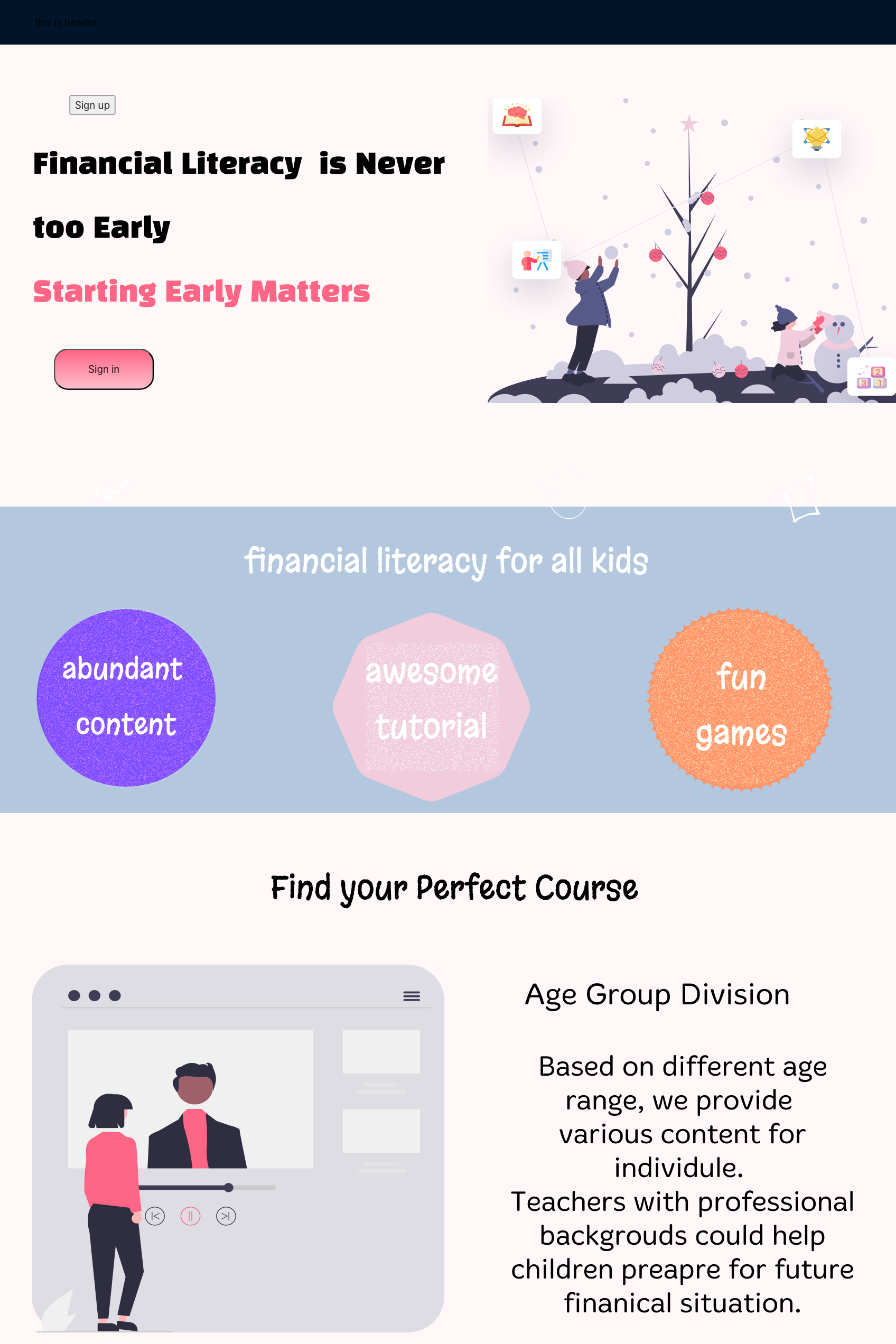
Repository: Zoe-XJ-Zhang/Goldilocks
Page: /
These files come from the project's save history. The page is drawn as it stood at one moment and after the next save; the edit follows.
The browser window is 1280 px wide. The pictures show the part of the page from y = 0 to 1920 px (the page is 2775 px tall), at 70% of full size.
The project was rebuilt for these pictures with package versions that can differ from the ones it lists, and the page was loaded fresh each time. Also part of the build but not shown: src/page/roadmapPage/roadmapPage.js, src/page/aboutPage/aboutPage.js.

Above is the page before, as saved 2022-08-31 17:05:03.

### public/index.html
<!DOCTYPE html>
<html lang="en">
  <head>
    <meta charset="utf-8" />
    <link rel="icon" href="./logo.jpg" />
    <meta name="viewport" content="width=device-width, initial-scale=1" />
    <meta name="theme-color" content="#000000" />
    <meta
      name="description"
      content="Web site created using create-react-app"
    />
    <title>Goldilocks</title>
  </head>
  <body>
    <noscript>You need to enable JavaScript to run this app.</noscript>
    <div id="root"></div>
  </body>
</html>

### src/App.js
import "./App.css";
import { Layout } from "antd";
import { Route, Routes } from "react-router-dom";
import HomePage from "./page/homePage/homePage";
import RoadmapPage from "./page/roadmapPage/roadmapPage";
import AboutPage from "./page/aboutPage/aboutPage";

const { Header, Footer, Content } = Layout;

function App() {
  return (
    <div className="App">
      <Header>this is header</Header>
      <Content>
        <Routes>
          <Route path="/*" element={<HomePage />}></Route>
          <Route path="/home" element={<HomePage />}></Route>
          <Route path="/roadmap" element={<RoadmapPage />}></Route>
          <Route path="/aboutus" element={<AboutPage />}></Route>
        </Routes>
      </Content>
      <Footer style={{
            textAlign: 'center',
            fontSize:'20px',
          }}>HSBC @2022 Godilocks</Footer>
    </div>
  );
}

export default App;

### src/page/homePage/homePage.js
import React from 'react';
import './homePage.css';

import homepage from '../../images/home_page.png'
const HomePage = () => {
    return (<div className='homepage'>
        <button className='signin'>Sign in</button><button className='signup'>Sign up</button>
        {/* <Image src={homepage}  alt="asd" title="QW"></Image> */}
        <img src={homepage} alt="" />
    </div>);

};

export default HomePage;

### src/page/homePage/homePage.css
img {
  width: 100%;
  height: 100%;
  object-fit: contain;
}
.signin {
  width: 143px;
  height: 59px;
  left: 77px;
  top: 498px;

  background: linear-gradient(
    180deg,
    #ff6584 0%,
    rgba(255, 83, 118, 0.35) 100%
  );
  border-radius: 20px;
  border-color: none;
  position: absolute;

  z-index: 2;
}
.signup {
  position: absolute;

  z-index: 2;

  margin: 72px 0px 0px 99px;
}

Loaded but not shown: src/index.js (common file); src/index.css (common file); src/reportWebVitals.js (common file); src/App.css (common file)

After the next save:
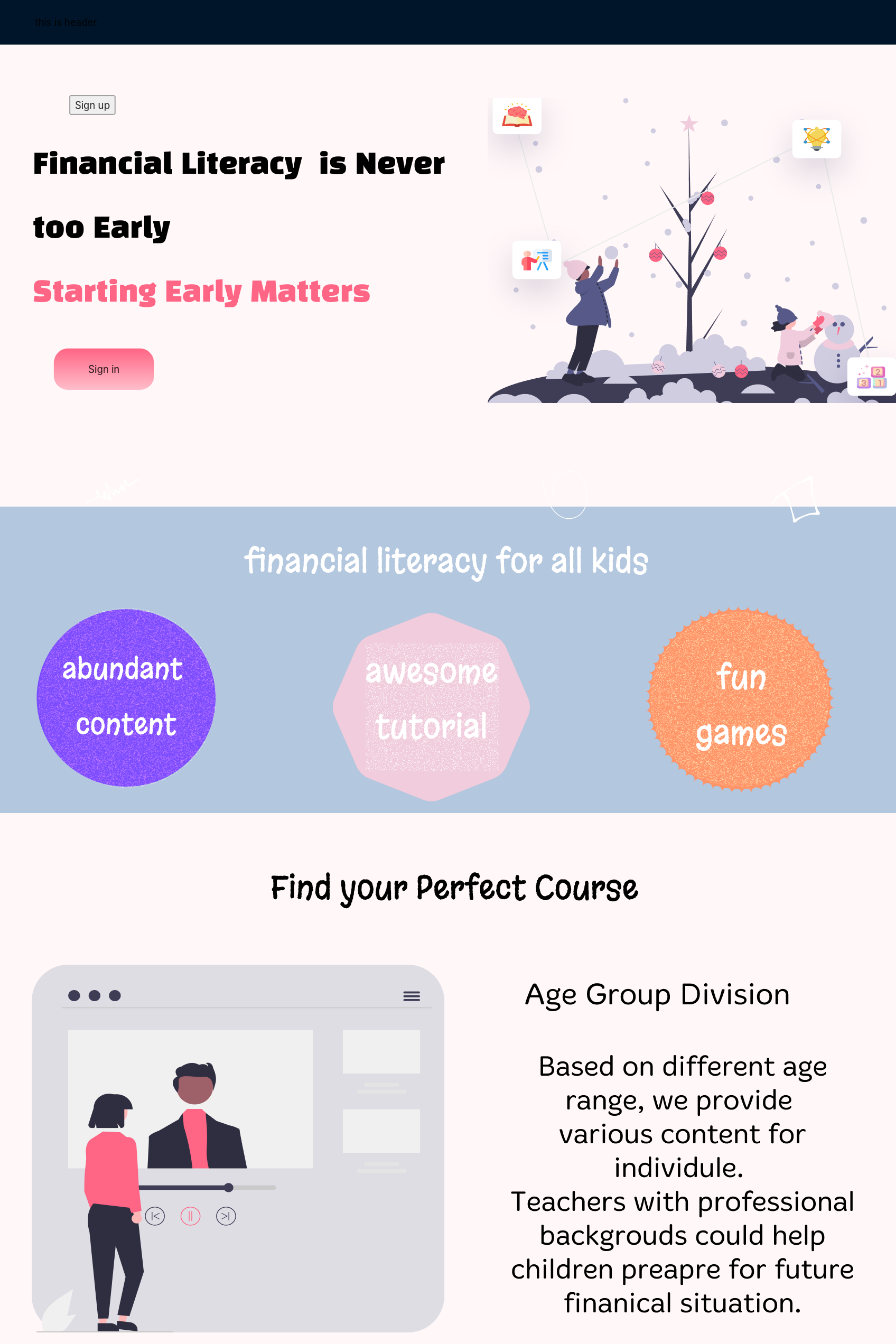
Saved 41 s later.
--- a/src/page/homePage/homePage.css
+++ b/src/page/homePage/homePage.css
@@ -15,7 +15,7 @@
     rgba(255, 83, 118, 0.35) 100%
   );
   border-radius: 20px;
-  border-color: none;
+  border: none;
   position: absolute;
 
   z-index: 2;
